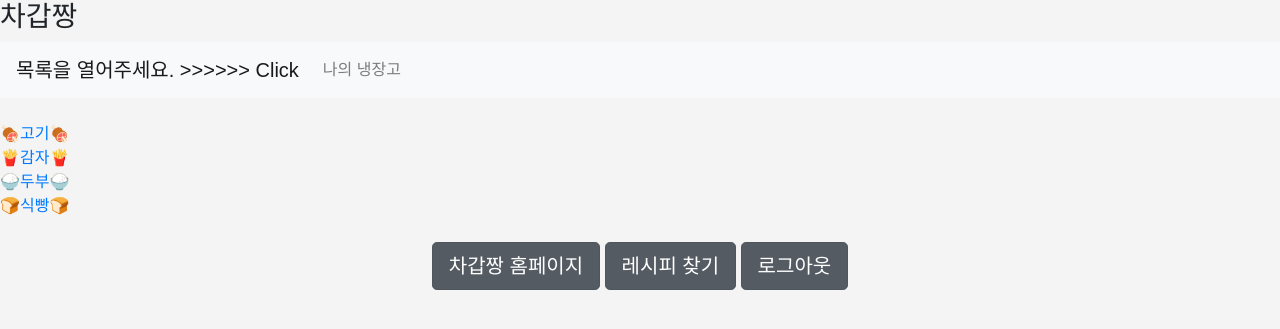
Repository: yousunning/coldzzang-miniproject
Page: http://localhost/cold/WEB-INF/views/myRefrigerator.jsp
An editor plug-in stored every save of this project. The page is shown before and after the next save, followed by the edit.
The browser window is 1280 px wide. The pictures show the whole page.
The page is served by Tomcat 9. Nobody is signed in. Other server files are loaded and not shown. The template is opened directly, without the code that normally fills it, so the values that code supplies are empty.

Above is the page before, as saved 2024-01-23 08:28:28.

### cold/src/main/webapp/WEB-INF/views/myRefrigerator.jsp
<%@ page language="java" contentType="text/html; charset=UTF-8"
    pageEncoding="UTF-8"%>
<!DOCTYPE html>

<html>
<head>
    <title>나의 냉장고</title>
    <meta name="viewport" content="width=device-width, initial-scale=1">
    <!-- Bootstrap CSS -->
    <link href="https://stackpath.bootstrapcdn.com/bootstrap/4.3.1/css/bootstrap.min.css" rel="stylesheet">
  <style>
        body {
            background-color: #f4f4f4;
            font-family: 'Arial', sans-serif;
        }
  </style>
</head>
<body>
    <h3>차갑짱</h3>
    <nav class="navbar navbar-expand-lg navbar-light bg-light">
        <a class="navbar-brand" href="/food/List/login">목록을 열어주세요. >>>>>> Click</a>
        <button class="navbar-toggler" type="button" data-toggle="collapse" data-target="#navbarNav" aria-controls="navbarNav" aria-expanded="false" aria-label="Toggle navigation">
            <span class="navbar-toggler-icon"></span>
        </button>
        <div class="collapse navbar-collapse" id="navbarNav">
            <ul class="navbar-nav">
                <li class="nav-item">
                    <a class="nav-link" href="/food/List/myRefrigerator">나의 냉장고</a>
                </li>
            </ul>
        </div>
 </nav>
         <tr><br>

 <td><a href="/food/List/recipe">🍖고기🍖</a></td>

  </tr>
           <tr><br>

 <td><a href="/food/List/recipe"> 🍟감자🍟</a></td>

  </tr>
           <tr><br>

 <td><a href="/food/List/recipe">🍚두부🍚</a></td>

  </tr>
           <tr><br>

 <td><a href="/food/List/recipe">🍞식빵🍞</a></td>

  </tr>


    <!-- 메인 컨텐츠 -->
    <div class="container mt-4" style="text-align:center;">
    <!-- 링크를 버튼처럼 스타일링 -->
    <a href="/food/List/homepage" class="btn btn-secondary btn-lg active" role="button" aria-pressed="true">차갑짱 홈페이지</a>
    <a href="/food/List/recipe" class="btn btn-secondary btn-lg active" role="button" aria-pressed="true">레시피 찾기</a>
    <a href="/food/List/login" class="btn btn-secondary btn-lg active" role="button" aria-pressed="true">로그아웃</a>
</div>
    <!-- jQuery, Popper.js, Bootstrap JS -->
    <script src="https://code.jquery.com/jquery-3.3.1.slim.min.js"></script>
    <script src="https://cdnjs.cloudflare.com/ajax/libs/popper.js/1.14.7/umd/popper.min.js"></script>
    <script src="https://stackpath.bootstrapcdn.com/bootstrap/4.3.1/js/bootstrap.min.js"></script>
</body>
</html>

After the next save:
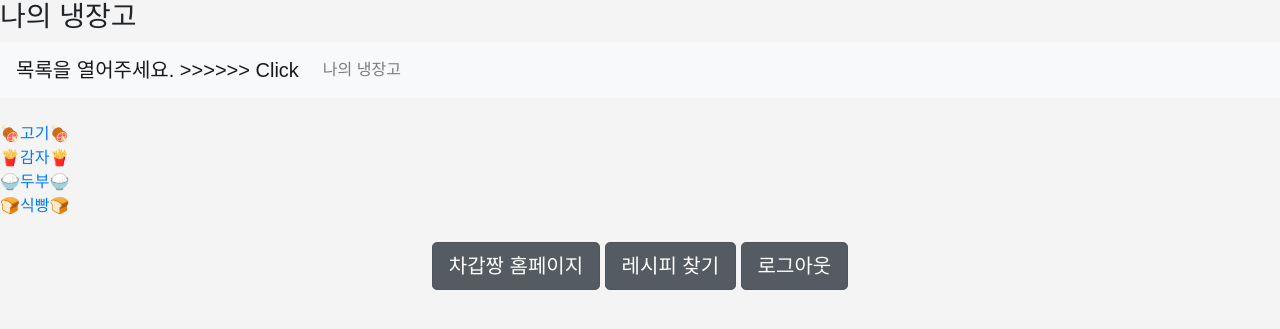
Saved 99 s later.
--- a/cold/src/main/webapp/WEB-INF/views/myRefrigerator.jsp
+++ b/cold/src/main/webapp/WEB-INF/views/myRefrigerator.jsp
@@ -16,7 +16,7 @@
   </style>
 </head>
 <body>
-    <h3>차갑짱</h3>
+    <h3>나의 냉장고</h3>
     <nav class="navbar navbar-expand-lg navbar-light bg-light">
         <a class="navbar-brand" href="/food/List/login">목록을 열어주세요. >>>>>> Click</a>
         <button class="navbar-toggler" type="button" data-toggle="collapse" data-target="#navbarNav" aria-controls="navbarNav" aria-expanded="false" aria-label="Toggle navigation">
